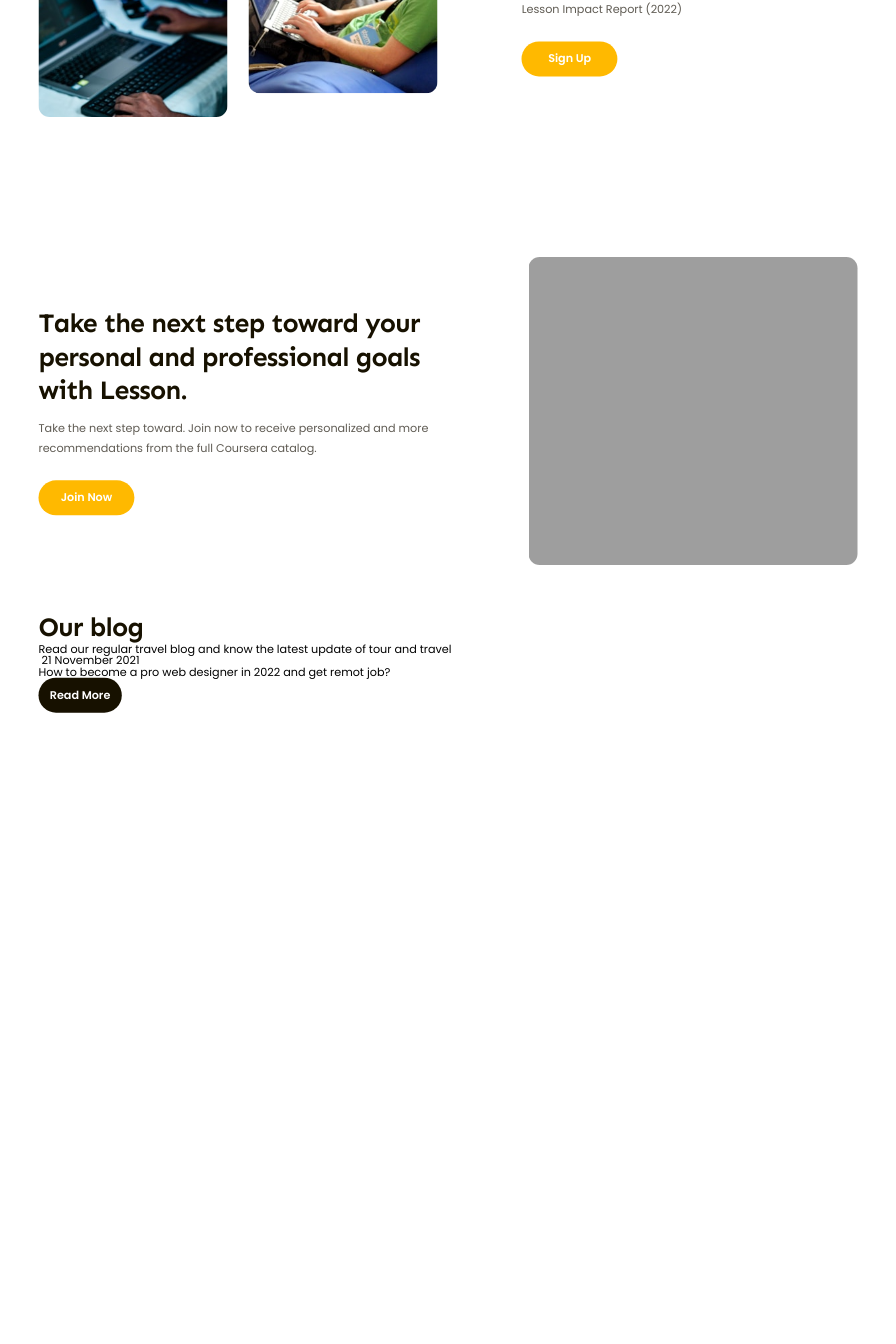
Repository: Tibi2003/f8-htmlcss-02
Page: index.html
The author's editor kept a copy of each file at every save. The page is drawn from the files as they stood at one save, then again after the next save.
The browser window is 1280 px wide. The pictures show the part of the page from y = 2803 to 4723 px (the page is 5000 px tall), at 70% of full size.
Pictures or frames that could not be fetched are drawn as grey boxes. A picture or video elsewhere on the page could not be fetched, so the positions and the page height are approximate.

Above is the page before, as saved 2024-03-08 13:17:56.

### index.html
<!DOCTYPE html>
<html lang="en">
	<head>
		<meta charset="UTF-8" />
		<meta name="viewport" content="width=device-width, initial-scale=1.0" />
		<title>F8 Project 02</title>
		<!-- Reset CSS -->
		<link rel="stylesheet" href="./assets/css/reset.css" />
		<!-- Embed fonts -->
		<link rel="preconnect" href="https://fonts.googleapis.com" />
		<link rel="preconnect" href="https://fonts.gstatic.com" crossorigin />
		<link
			href="https://fonts.googleapis.com/css2?family=Poppins:ital,wght@0,100;0,200;0,300;0,400;0,500;0,600;0,700;0,800;0,900;1,100;1,200;1,300;1,400;1,500;1,600;1,700;1,800;1,900&family=Sen:wght@400..800&display=swap"
			rel="stylesheet" />
		<!-- Styles -->
		<link rel="stylesheet" href="./assets/css/styles.css" />
	</head>
	<body>
		<main style="height: 5000px">
			<!-- Header -->
			<header class="header fixed">
				<div class="main-content">
					<div class="body">
						<!-- Logo -->
						<img
							src="./assets/img/logo.svg"
							alt="Lesson."
							class="logo" />

						<!-- Nav -->
						<nav class="nav">
							<ul>
								<li class="active">
									<a href="#!">Home</a>
								</li>
								<li>
									<a href="#!">Courses</a>
								</li>
								<li>
									<a href="#!">Pricing</a>
								</li>
								<li>
									<a href="#!">Reviews</a>
								</li>
							</ul>
						</nav>

						<!-- Action -->
						<div class="action">
							<a href="#!" class="btn sign-up-btn">Sign Up</a>
						</div>
					</div>
				</div>
			</header>

			<!-- Hero -->
			<div class="hero">
				<div class="main-content">
					<div class="body">
						<!-- Hero left -->
						<div class="media-block">
							<img
								src="./assets/img/hero-img.jpg"
								alt="Learn without limits and spread knowledge."
								class="img" />

							<div class="hero-summary">
								<div class="item">
									<div class="icon">
										<img
											src="./assets/icons/list.svg"
											alt="" />
									</div>
									<div class="info">
										<p class="label">20 Courses</p>
										<p class="title">UI/UX Design</p>
									</div>
								</div>
								<div class="item">
									<div class="icon">
										<img
											src="./assets/icons/code.svg"
											alt="" />
									</div>
									<div class="info">
										<p class="label">20 Courses</p>
										<p class="title">Development</p>
									</div>
								</div>
								<div class="item">
									<div class="icon">
										<img
											src="./assets/icons/speaker.svg"
											alt="" />
									</div>
									<div class="info">
										<p class="label">30 Courses</p>
										<p class="title">Marketing</p>
									</div>
								</div>
							</div>
						</div>

						<!-- Hero right -->
						<div class="content-block">
							<h1 class="heading lv1">
								Learn without limits and spread knowledge.
							</h1>
							<p class="desc">
								Build new skills for that “this is my year”
								feeling with courses, certificates, and degrees
								from world-class universities and companies.
							</p>
							<div class="cta-group">
								<a href="#!" class="btn hero-cta">
									See Courses
								</a>
								<button class="watch-video">
									<div class="icon">
										<img
											src="./assets/icons/play.svg"
											alt="" />
									</div>
									<span>Watch Video</span>
								</button>
							</div>
							<p class="desc">Recent engagement</p>
							<p class="desc stats">
								<strong>50K</strong> Students
								<strong>70+</strong> Courses
							</p>
						</div>
					</div>
				</div>
			</div>

			<!-- Popular -->
			<div class="popular">
				<div class="main-content">
					<div class="popular-top">
						<div class="info">
							<h2 class="heading lv2">Our popular courses</h2>
							<p class="desc">
								Build new skills with new trendy courses and
								shine for the next future career.
							</p>
						</div>
						<div class="controls">
							<button class="control-btn">
								<svg
									width="8"
									height="14"
									viewBox="0 0 8 14"
									fill="none"
									xmlns="http://www.w3.org/2000/svg">
									<path
										d="M7 1L1 7L7 13"
										stroke="currentColor"
										stroke-linecap="round"
										stroke-linejoin="round" />
								</svg>
							</button>
							<button class="control-btn">
								<svg
									width="8"
									height="14"
									viewBox="0 0 8 14"
									fill="none"
									xmlns="http://www.w3.org/2000/svg">
									<path
										d="M1 1L7 7L1 13"
										stroke="currentColor"
										stroke-linecap="round"
										stroke-linejoin="round" />
								</svg>
							</button>
						</div>
					</div>

					<div class="course-list">
						<!-- Course item 1 -->
						<div class="course-item">
							<a href="#!">
								<img
									src="./assets/img/course-1.jpg"
									alt="Basic web design"
									class="thumb" />
							</a>
							<div class="info">
								<div class="head">
									<h3 class="title">
										<a
											href="#!"
											class="line-clamp break-all">
											Basic web design
										</a>
									</h3>
									<div class="rating">
										<img
											src="./assets/icons/star.svg"
											alt="Star"
											class="star" />
										<span class="value">4.5</span>
									</div>
								</div>
								<p class="desc line-clamp line-2 break-all">
									Get the best course, gain knowledge and
									shine for your future career.
								</p>
								<div class="foot">
									<span class="price">$120.75</span>
									<button class="btn book-btn">
										Book Now
									</button>
								</div>
							</div>
						</div>

						<!-- Course item 2 -->
						<div class="course-item">
							<a href="#!">
								<img
									src="./assets/img/course-2.jpg"
									alt="UI/UX design"
									class="thumb" />
							</a>
							<div class="info">
								<div class="head">
									<h3 class="title">
										<a
											href="#!"
											class="line-clamp break-all">
											UI/UX design
										</a>
									</h3>
									<div class="rating">
										<img
											src="./assets/icons/star.svg"
											alt="Star"
											class="star" />
										<span class="value">4.5</span>
									</div>
								</div>
								<p class="desc line-clamp line-2 break-all">
									Get the best course, gain knowledge and
									shine for your future career.
								</p>
								<div class="foot">
									<span class="price">$120.75</span>
									<button class="btn book-btn">
										Book Now
									</button>
								</div>
							</div>
						</div>

						<!-- Course item 3 -->
						<div class="course-item">
							<a href="#!">
								<img
									src="./assets/img/course-3.jpg"
									alt="Web App design"
									class="thumb" />
							</a>
							<div class="info">
								<div class="head">
									<h3 class="title">
										<a
											href="#!"
											class="line-clamp break-all">
											Web App design
										</a>
									</h3>
									<div class="rating">
										<img
											src="./assets/icons/star.svg"
											alt="Star"
											class="star" />
										<span class="value">4.5</span>
									</div>
								</div>
								<p class="desc line-clamp line-2 break-all">
									Get the best course, gain knowledge and
									shine for your future career.
								</p>
								<div class="foot">
									<span class="price">$120.75</span>
									<button class="btn book-btn">
										Book Now
									</button>
								</div>
							</div>
						</div>
					</div>
				</div>
			</div>

			<!-- Feedback -->
			<div class="feedback">
				<div class="main-content">
					<div class="feedback-list">
						<!-- Feedback item 1 -->
						<div class="feedback-item">
							<div class="info">
								<img
									src="./assets/img/feedback-avatar-1.jpg"
									alt="Peter Moor"
									class="avatar" />
								<p class="title">Peter Moor</p>
								<p class="desc">Student of Web Design</p>
								<div class="dots">
									<span class="dot active"></span>
									<span class="dot"></span>
									<span class="dot"></span>
								</div>
							</div>
							<div class="content">
								<img
									src="./assets/icons/open-quotes.svg"
									alt=""
									class="open-quotes" />
								<blockquote>
									Not only does my resume look
									impressive—filled with the names and logos
									of world-class institutions—but these
									certificates also bring me closer to my
									career goals by validating the skills I've
									learned."
								</blockquote>
							</div>
						</div>

						<!-- Feedback item 2 -->
						<div class="feedback-item">
							<div class="info">
								<img
									src="./assets/img/feedback-avatar-2.jpg"
									alt="Peter Moor"
									class="avatar" />
								<p class="title">Mary</p>
								<p class="desc">Student of UI/UX Design</p>
								<div class="dots">
									<span class="dot"></span>
									<span class="dot active"></span>
									<span class="dot"></span>
								</div>
							</div>
							<div class="content">
								<img
									src="./assets/icons/open-quotes.svg"
									alt=""
									class="open-quotes" />
								<blockquote>
									Not only does my resume look
									impressive—filled with the names and logos
									of world-class institutions—but these
									certificates also bring me closer to my
									career goals by validating the skills I've
									learned."
								</blockquote>
							</div>
						</div>

						<!-- Feedback item 3 -->
						<div class="feedback-item">
							<div class="info">
								<img
									src="./assets/img/feedback-avatar-3.jpg"
									alt="Peter Moor"
									class="avatar" />
								<p class="title">Vicky Hladynets</p>
								<p class="desc">Student of Web App Design</p>
								<div class="dots">
									<span class="dot"></span>
									<span class="dot"></span>
									<span class="dot active"></span>
								</div>
							</div>
							<div class="content">
								<img
									src="./assets/icons/open-quotes.svg"
									alt=""
									class="open-quotes" />
								<blockquote>
									Not only does my resume look
									impressive—filled with the names and logos
									of world-class institutions—but these
									certificates also bring me closer to my
									career goals by validating the skills I've
									learned."
								</blockquote>
							</div>
						</div>
					</div>
				</div>
			</div>

			<!-- Features 1 -->
			<div class="features">
				<div class="main-content">
					<div class="body">
						<div class="images">
							<img
								src="./assets/img/feature-1.jpg"
								alt="Learner outcomes through our awesome platform"
								class="lower" />
							<img
								src="./assets/img/feature-2.jpg"
								alt="Learner outcomes through our awesome platform" />
						</div>
						<div class="content">
							<h2 class="heading lv2">
								Learner outcomes through our awesome platform
							</h2>
							<p class="desc">
								87% of people learning for professional
								development report career benefits like getting
								a promotion, a raise, or starting a new career.
							</p>
							<p class="desc">Lesson Impact Report (2022)</p>
							<a href="#!" class="btn cta-btn">Sign Up</a>
						</div>
					</div>
				</div>
			</div>

			<!-- Features 2 -->
			<div class="features features-2nd">
				<div class="main-content">
					<div class="body">
						<div class="images">
							<img
								src="./assets/img/feature-3.jpg"
								alt="Take the next step toward your personal and professional goals with Lesson." />
						</div>
						<div class="content">
							<h2 class="heading lv2">
								Take the next step toward your personal and
								professional goals with Lesson.
							</h2>
							<p class="desc">
								Take the next step toward. Join now to receive
								personalized and more recommendations from the
								full Coursera catalog.
							</p>
							<a href="#!" class="btn cta-btn">Join Now</a>
						</div>
					</div>
				</div>
			</div>

			<!-- Blog -->
			<div class="blog">
				<div class="main-content">
					<div class="blog-top">
						<h2 class="heading lv2">Our blog</h2>
						<p class="desc">
							Read our regular travel blog and know the latest
							update of tour and travel
						</p>
					</div>
					<div class="blog-list">
						<div class="item">
							<img src="" alt="" class="thumb" />
							<span class="date">21 November 2021</span>
							<h3 class="title">
								How to become a pro web designer in 2022 and get
								remot job?
							</h3>
							<a href="" class="btn">Read More</a>
						</div>
					</div>
				</div>
			</div>
		</main>
	</body>
</html>

### assets/css/styles.css
* {
	box-sizing: border-box;
}

:root {
	--font-heading: Sen, sans-serif;
	--primary-color: #ffb900;
}

html {
	font-size: 62.5%;
}

body {
	font-size: 1.6rem;
	font-family: "Poppins", sans-serif;
}

/* Common */
.main-content {
	width: 1170px;
	max-width: calc(100% - 48px);
	margin-left: auto;
	margin-right: auto;
}

a {
	text-decoration: none;
}

.btn {
	display: inline-block;
	min-width: 118px;
	padding: 0 16px;
	line-height: 50px;
	color: #fff;
	text-align: center;
	font-size: 1.6rem;
	font-weight: 600;
	border-radius: 999px;
	background: #171100;
}

.btn:hover {
	opacity: 0.9;
	cursor: pointer;
}

.heading {
	color: #171100;
	font-family: var(--font-heading);
	font-weight: 700;
	letter-spacing: -1.16px;
}

.heading.lv1 {
	font-size: 5.8rem;
	line-height: 1.17;
}

.heading.lv2 {
	font-size: 3.8rem;
	line-height: 1.26;
}

.line-clamp {
	display: -webkit-box;
	-webkit-line-clamp: var(--line-clamp, 1);
	-webkit-box-orient: vertical;
	overflow: hidden;
}

.line-clamp.line-2 {
	--line-clamp: 2;
}

.break-all {
	word-break: break-all;
}

/* Header */
.header {
	background: #fffcf4;
}

.header.fixed {
	position: sticky;
	top: -28px;
	z-index: 1;
}

.header .body {
	display: flex;
	align-items: center;
	padding: 36px 0 8px;
}

.nav {
	margin-left: auto;
}

.nav ul {
	display: flex;
}

.nav a {
	position: relative;
	padding: 8px 21px;
	color: #5f5b53;
	font-size: 1.6rem;
}

.nav a:hover,
.nav li.active a {
	/* font-weight: 600; */
	text-shadow: 1px 0 0 currentColor;
	color: #171100;
}

.nav li.active a::after {
	position: absolute;
	left: 21px;
	bottom: 6px;
	content: "";
	display: block;
	width: 12px;
	height: 2px;
	border-radius: 1px;
	background: #171100;
}

.header .sign-up-btn {
	min-width: 144px;
}

.header .action {
	margin-left: 49px;
}

/* Hero */
.hero {
	padding: 56px 0 65px;
	background: #fffcf4;
}

.hero .body {
	display: flex;
}

/* Hero left */
.hero .media-block {
	position: relative;
	width: 48%;
}

.hero .media-block .img {
	width: 470px;
	height: 685px;
	object-fit: cover;
	border-radius: 20px;
	vertical-align: bottom;
}

.hero-summary {
	position: absolute;
	right: 0;
	bottom: 48px;
	width: 270px;
	padding: 24px;
	border-radius: 12px;
	background: #fff;
	box-shadow: 0px 16px 32px 0px rgba(0, 0, 0, 0.05);
}

.hero-summary .item {
	display: flex;
	align-items: center;
}

.hero-summary .item + .item {
	margin-top: 22px;
}

.hero-summary .item:nth-child(2) .icon {
	background: #fcefff;
}

.hero-summary .item:nth-child(3) .icon {
	background: #ebeaff;
}

.hero-summary .icon {
	width: 48px;
	height: 48px;
	border-radius: 50%;
	display: flex;
	align-items: center;
	justify-content: center;
	background: #fff9e8;
}

.hero-summary .info {
	margin-left: 16px;
}

.hero-summary .label {
	color: #5f5b53;
	font-size: 1.4rem;
	line-height: 1.86;
}

.hero-summary .title {
	color: #171100;
	font-size: 1.8rem;
	font-weight: 600;
	line-height: 1.67;
}

/* Hero right */
.hero .content-block {
	width: 52%;
	padding: 64px 0 0 130px;
}

.hero .desc {
	margin-top: 22px;
	color: #5f5b53;
	font-size: 1.8rem;
	line-height: 1.67;
}

.hero .cta-group {
	display: flex;
	align-items: center;
	margin: 38px 0 48px;
}

.hero-cta {
	min-width: 180px;
	line-height: 64px;
	background-color: var(--primary-color);
}

.hero .watch-video {
	display: flex;
	align-items: center;
	margin-left: 28px;
	border: none;
	background: transparent;
	cursor: pointer;
}

.hero .watch-video .icon {
	display: flex;
	align-items: center;
	justify-content: center;
	width: 40px;
	height: 40px;
	border-radius: 50%;
	background: #ffffff;
	box-shadow: 0px 8px 16px rgba(0, 0, 0, 0.07);
}

.hero .watch-video span {
	margin-left: 14px;
	color: #171100;
	font-size: 1.8rem;
	font-weight: 600;
	line-height: 1.67;
}

.hero .stats {
	margin: 8px 0 0 -28px;
}

.hero .stats strong {
	padding: 0 8px 0 28px;
	color: #171100;
	font-family: var(--font-heading);
	font-size: 4.4rem;
	font-weight: 700;
	line-height: 1.23;
}

/* Popular */
.popular {
	padding: 65px 0;
	margin-top: 135px;
}

.popular-top {
	display: flex;
	align-items: center;
	justify-content: space-between;
}

.popular-top .desc {
	margin-top: 16px;
	width: 458px;
	color: #5f5b53;
	font-size: 1.8rem;
	line-height: 1.67;
}

.popular-top .controls {
	display: flex;
	gap: 18px;
}

.popular-top .control-btn {
	display: flex;
	align-items: center;
	justify-content: center;
	width: 40px;
	height: 40px;
	border-radius: 50%;
	color: var(--primary-color);
	border: 1px solid var(--primary-color);
	background: transparent;
}

.popular-top .control-btn:hover {
	color: #fff;
	background: var(--primary-color);
	cursor: pointer;
}

.popular .course-list {
	display: flex;
	gap: 30px;
	margin-top: 55px;
}

.popular .course-item {
	flex: 1;
	border-radius: 12px;
	border: 1px solid #e2dfda;
	background: #fff;
}

.popular .course-item:hover {
	border-color: transparent;
	box-shadow: 0px 18px 36px 0px rgba(0, 0, 0, 0.05);
}

.popular .course-item .thumb {
	width: calc(100% + 2px);
	height: 278px;
	margin: -1px;
	object-fit: cover;
	border-radius: 12px 12px 0px 0px;
}

.popular .course-item .info {
	padding: 16px 22px 22px;
}

.popular .course-item .head,
.popular .course-item .rating,
.popular .course-item .foot {
	display: flex;
	align-items: center;
	justify-content: space-between;
}

.popular .course-item .title a {
	padding-right: 6px;
	color: #171100;
	font-size: 1.8rem;
	font-weight: 600;
	line-height: 1.67;
}

.popular .rating .value {
	margin-left: 6px;
	color: #fea31b;
	font-size: 1.6rem;
	line-height: 1.75;
}

.popular .course-item .desc {
	margin-top: 6px;
	color: #5f5b53;
	font-size: 1.4rem;
	line-height: 1.86;
}

.popular .course-item .foot {
	margin-top: 12px;
}

.popular .course-item .price {
	color: #171100;
	font-size: 1.8rem;
	font-weight: 600;
	line-height: 1.67;
}

.popular .course-item .book-btn {
	border: none;
}

.popular .course-item .book-btn:hover {
	color: #fff;
	background: var(--primary-color);
}

/* Feedback */
.feedback {
	margin-top: 135px;
	padding: 96px 0;
	background: #2e2100;
}

.feedback-list {
	display: flex;
	overflow: hidden;
}

.feedback-item {
	display: flex;
	width: 100%;
	flex-shrink: 0;
}

.feedback-item .avatar {
	width: 72px;
	height: 72px;
	border-radius: 50%;
	object-fit: cover;
}

.feedback-item .info .title {
	margin-top: 18px;
	color: #f7f7f7;
	font-family: var(--font-heading);
	font-size: 2.4rem;
	font-weight: 700;
	line-height: 1.42;
}

.feedback-item .info .desc {
	margin-top: 4px;
	color: #bfbcb2;
	font-size: 1.4rem;
	line-height: 1.86;
}

.feedback-item .dots {
	display: flex;
	margin-top: 28px;
}

.feedback-item .dot {
	margin-right: 6px;
	width: 6px;
	height: 6px;
	border-radius: 50%;
	background: #634700;
	cursor: pointer;
}

.feedback-item .dot.active {
	background: #ffb900;
	cursor: default;
}

.feedback-item .content {
	width: 66%;
	margin-left: auto;
}

.feedback-item blockquote {
	margin-left: 30px;
	color: #fff;
	font-size: 2.6rem;
	font-style: italic;
	line-height: 1.54;
}

/* Features */
.features {
	margin-top: 135px;
	padding: 65px 0;
}

.features .body {
	display: flex;
	justify-content: space-between;
}

.features .images {
	display: flex;
	gap: 0 30px;
}

.features .images img {
	width: 270px;
	height: 405px;
	border-radius: 16px;
	object-fit: cover;
}

.features img.lower {
	margin-top: 34px;
}

.features .content {
	width: 41%;
	display: flex;
	flex-direction: column;
	align-items: flex-start;
	justify-content: center;
}

.features .desc {
	margin-top: 16px;
	color: #5f5b53;
	font-size: 1.6rem;
	line-height: 1.75;
}

.features .content .cta-btn {
	margin-top: 32px;
	min-width: 137px;
	color: #fff;
	background: var(--primary-color);
}

.features-2nd {
	margin-top: 70px;
}

.features-2nd .body {
	flex-direction: row-reverse;
}

.features-2nd .content {
	width: 49%;
}

.features-2nd .images img {
	width: 470px;
	height: 440px;
}

Loaded but not shown: assets/css/reset.css (common file)

After the next save:
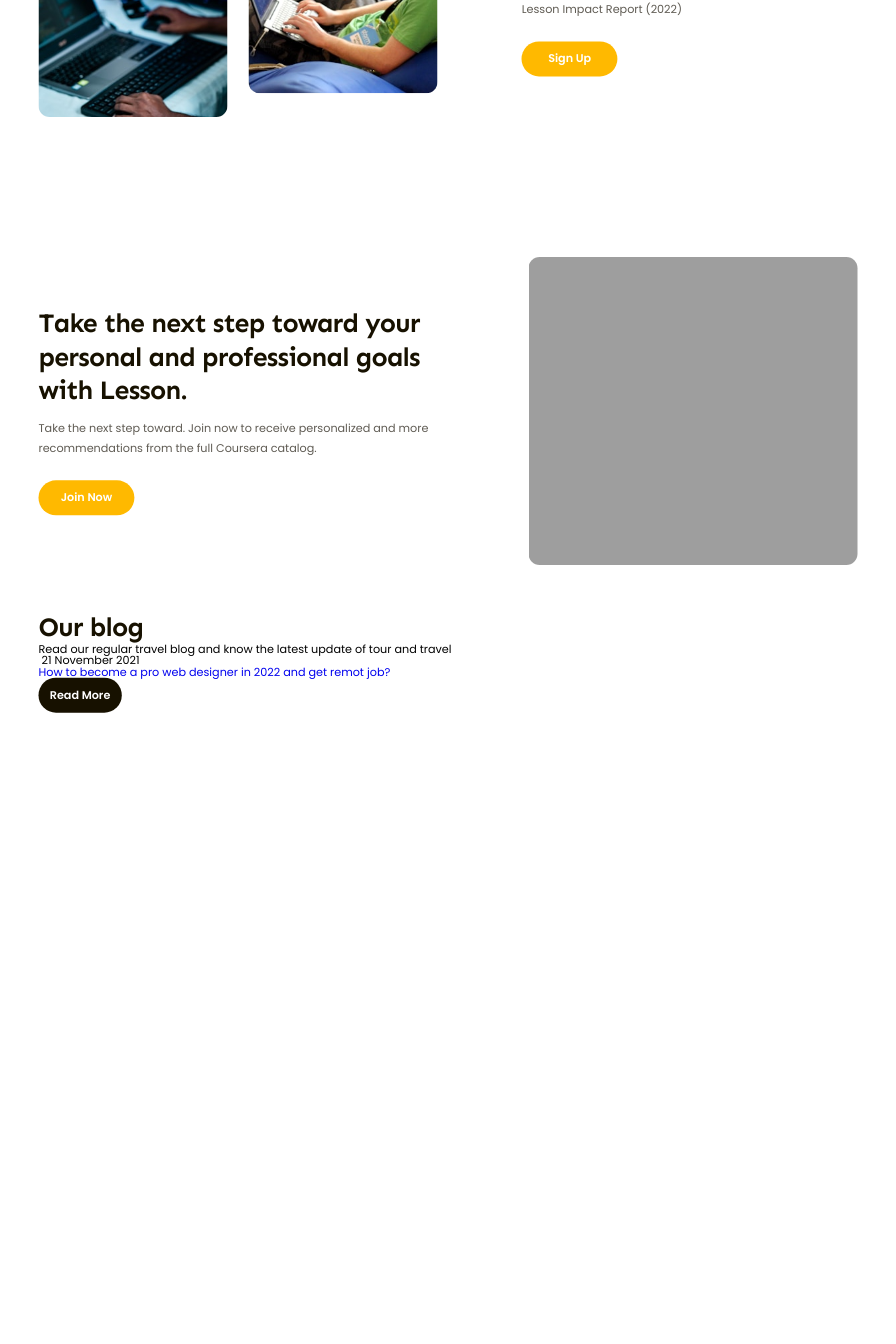
Saved 97 s later.
--- a/index.html
+++ b/index.html
@@ -461,11 +461,15 @@
 					</div>
 					<div class="blog-list">
 						<div class="item">
-							<img src="" alt="" class="thumb" />
+							<a href="#!">
+								<img src="" alt="" class="thumb" />
+							</a>
 							<span class="date">21 November 2021</span>
 							<h3 class="title">
-								How to become a pro web designer in 2022 and get
-								remot job?
+								<a href="#!">
+									How to become a pro web designer in 2022 and
+									get remot job?
+								</a>
 							</h3>
 							<a href="" class="btn">Read More</a>
 						</div>
